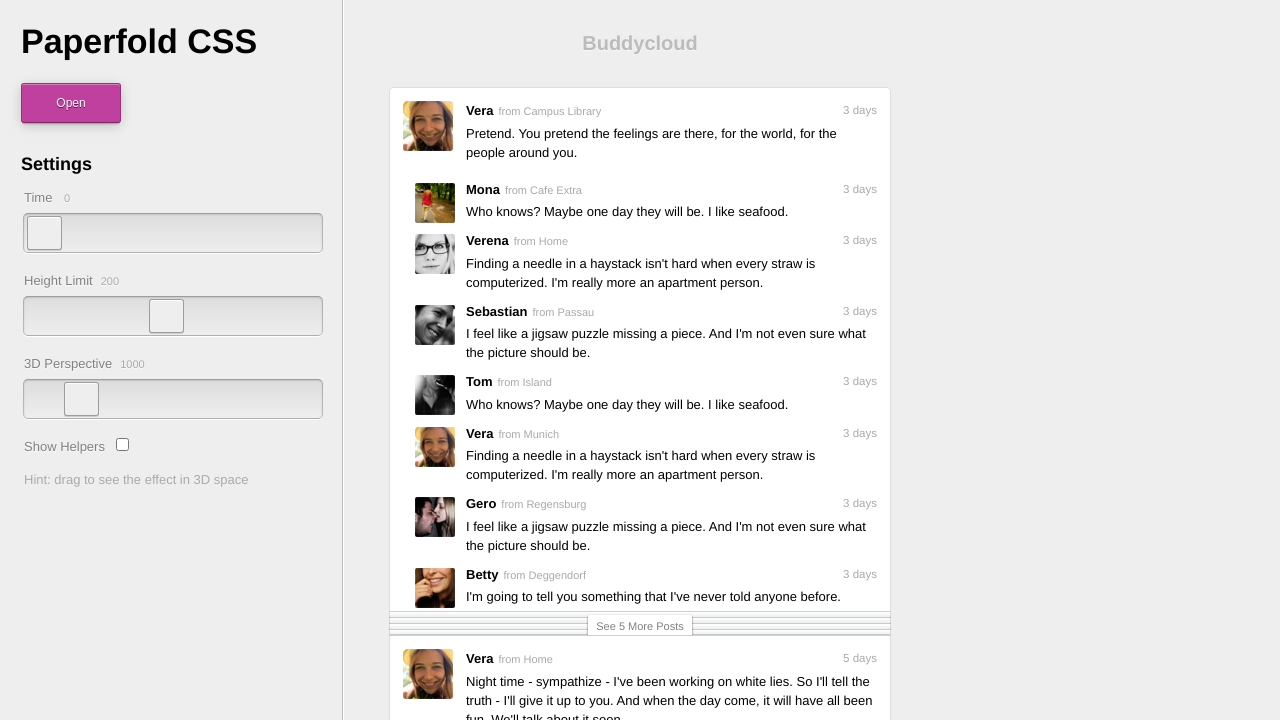
Repository: enj/SASProject
Page: fold.html
The author's editor kept a record of every edit. The page is drawn from the files as they stood at one moment, then again after the next edit.
The browser window is 1280 px wide. The pictures show the whole page.
An inner scrolling area shows only its first screen.

Above is the page before.

### fold.html
<!DOCTYPE html>
<html lang="en">
<!--
      Copyright (c) 2011 Felix Niklas
      This script is freely distributable under the terms of the MIT license.
-->
<head>
  <meta charset="utf-8" />
  <title>Paperfold CSS</title>
  <link href="css/style.css" rel="stylesheet" />
  <link href="css/buddycloud.css" rel="stylesheet" />
  <link href="css/paperfold.css" rel="stylesheet" />
  <script type="text/javascript" src="js/modernizr.custom.71147.js"></script>
  <script type="text/javascript" src="js/prefixfree.min.js"></script>
</head>
<body>
  <div id="controls">
    <h1>Paperfold CSS</h1>
    <button id="go" class="highlighted">Open</button>
    <h2>Settings</h2>
    <div>
      <label for="time" class="hasOutput">Time <span id="showTime">0</span></label>
      <input id="time" type="range" min="0" max="100" step="1" value="0" />
    </div>
    <div>
      <label for="foldHeight" class="hasOutput">Height Limit<span id="showFoldHeight">200</span></label>
      <input id="foldHeight" type="range" min="20" max="400" step="1" value="200" />
    </div>
    <div>
      <label for="perspective" class="hasOutput">3D Perspective<span id="showPerspective">1000</span></label>
      <input id="perspective" type="range" min="500" max="4000" step="1" value="1000" />
    </div>
    <div>
      <label for="showHelpers">Show Helpers</label>
      <input type="checkbox" id="showHelpers" />
    </div>
    <div>
      <p>Hint: drag to see the effect in 3D space</p>
    </div>
  </div>
  <div class="playground">
    <div class="box buddycloud">
      <h1>Buddycloud</h1>
      <div class="stream">
        <article class="topic">
          <section class="opener">
            <div class="avatar user2"></div>
            <div class="postmeta">
              <span class="time">3 days</span>
            </div>
            <span class="name">Vera</span><span class="location">from Campus Library</span>
            <p>Pretend. You pretend the feelings are there, for the world, for the people around you.</p>
          </section>
          <div class="hidden">
            <section class="comment">
              <div class="avatar user6"></div>
              <div class="postmeta">
                <span class="time">3 days</span>
              </div>
              <span class="name">Mona</span><span class="location">from Cafe Extra</span>
              <p>Who knows? Maybe one day they will be. I like seafood.</p>
            </section>
            <section class="comment">
              <div class="avatar user7"></div>
              <div class="postmeta">
                <span class="time">3 days</span>
              </div>
              <span class="name">Verena</span><span class="location">from Home</span>
              <p>Finding a needle in a haystack isn't hard when every straw is computerized. I'm really more an apartment person.</p>
            </section>
            <section class="comment">
              <div class="avatar user12"></div>
              <div class="postmeta">
                <span class="time">3 days</span>
              </div>
              <span class="name">Sebastian</span><span class="location">from Passau</span>
              <p>I feel like a jigsaw puzzle missing a piece. And I'm not even sure what the picture should be.</p>
            </section>
            <section class="comment">
              <div class="avatar user3"></div>
              <div class="postmeta">
                <span class="time">3 days</span>
              </div>
              <span class="name">Tom</span><span class="location">from Island</span>
              <p>Who knows? Maybe one day they will be. I like seafood.</p>
            </section>
            <section class="comment">
              <div class="avatar user2"></div>
              <div class="postmeta">
                <span class="time">3 days</span>
              </div>
              <span class="name">Vera</span><span class="location">from Munich</span>
              <p>Finding a needle in a haystack isn't hard when every straw is computerized. I'm really more an apartment person.</p>
            </section>
          <section class="comment">
            <div class="avatar user5"></div>
            <div class="postmeta">
              <span class="time">3 days</span>
            </div>
            <span class="name">Gero</span><span class="location">from Regensburg</span>
            <p>I feel like a jigsaw puzzle missing a piece. And I'm not even sure what the picture should be.</p>
          </section>
          <section class="comment">
            <div class="avatar user11"></div>
            <div class="postmeta">
              <span class="time">3 days</span>
            </div>
            <span class="name">Betty</span><span class="location">from Deggendorf</span>
            <p>I'm going to tell you something that I've never told anyone before.</p>
          </section>
          </div><!-- /hidden -->
          <section class="seeMore">
            <span>See <span>5</span> More Posts</span>
          </section>
          <!--<section class="answer">
            <div class="avatar user1"></div>
            <textarea placeholder="post a comment..."></textarea>
            <div class="controls">
              <div class="button small prominent">Post</div>
            </div>
          </section>-->
        </article>
        <article class="topic">
          <section class="opener">
            <div class="avatar user2"></div>
            <div class="postmeta">
              <span class="time" title="5:06pm 06.06.2011">5 days</span>
            </div>
            <span class="name">Vera</span><span class="location">from Home</span>
            <p>
              Night time - sympathize - I've been working on white lies.
              So I'll tell the truth - I'll give it up to you.
              And when the day come, it will have all been fun. We'll talk about it soon.
            </p>
          </section>
          <section class="answer">
            <div class="avatar user1"></div>
            <textarea placeholder="post a comment..."></textarea>
            <div class="controls">
              <div class="button small prominent">Post</div>
            </div>
          </section>
        </article>
      </div>
    </div>
  </div>
<script type="text/javascript" src="js/jquery-1.7.1.min.js"></script>
<script type="text/javascript" src="js/html5slider.js"></script>
<script type="text/javascript" src="js/paperfold.js"></script>
<script type="text/javascript" src="js/ui.js"></script>
</body>
</html>

### css/style.css
html {
    height: 100%;
}
body {
    width: 100%;
    height: 100%;
    font: 12px/15px "Helvetica Neue", sans-serif;
    background: #eee;
    margin: 0;
    perspective: 1000px;
    transform-style: preserve-3d;
    overflow: hidden;
}

h1 {
    margin: 13px 0 34px;
    font-size: 34px;
}

h2 { margin: 34px 0 13px; }

#controls {
    left: 0;
    top: 0;
    width: 300px;
    bottom: 0;
    padding: 21px;
    border-right: 1px solid rgba(0,0,0,.21);
    box-shadow: 1px 0 white;
    position: absolute;
}
    #controls div {
        margin: 13px 0;
        color: gray;
        font-size: 13px;
    }
    p {
        margin: 0 3px;
        color: #aaa;
    }
    label {
        padding: 5px 3px;
        font-weight: normal;
        text-shadow: 0 1px 1px white;
        display: block;
    }
        label[for="showHelpers"] { display: inline-block; }
        .hasOutput {
            position: relative;
        }
            .hasOutput span {
                margin-left: 8px;
                font-size: 11px;
                color: #aaa;
            }
    input[type=range] {
        height: 40px;
        width: 300px;
        padding: 3px;
        appearance: none;
        vertical-align: bottom;
        background: linear-gradient(#ddd, #eee);
        border-radius: 5px;
        border: 1px solid rgba(0,0,0,.21);
        border-top-color: rgba(0,0,0,.34);
        box-shadow: 0 1px white, 0 1px 2px rgba(0,0,0,.13) inset;
        box-sizing: border-box;
    }
    label {
        position: relative;
    }
    #time123 {
        border: none;
        border-radius: 0;
        box-shadow: none;
        background: none;
        position: relative;
        background: url(../img/time.png);
    }
        #time123:before {
            top: 0;
            content: "";
            width: 300px;
            height: 26px;
            border-top: 13px solid #eee;
            border-bottom: 13px solid #eee;
            border-right: 300px solid rgba(0,0,0,.13);
            border-radius: 0 2px 2px 0;
            box-sizing: border-box;
            position: absolute;
        }
    input::-webkit-slider-thumb {
        appearance: none;
        width: 35px;
        height: 34px;
        background: #eee;
        border-radius: 3px;
        border: 1px solid rgba(0,0,0,.34);
        box-shadow: 0 1px white inset, 0 1px rgba(0,0,0,.13);
    }

.playground {
    top: 0;
    right: 0;
    bottom: 0;
    left: 0;
    position: absolute;
    transform-style: preserve-3d;
}

.box {
    width: 502px;
    margin: 0 auto;
    position: relative;
}

.box > h1 {
    font-size: 20px;
    color: rgba(124, 128, 130, 0.5);
    text-shadow: 0 1px rgba(255,255,255,.67);
}

.letter > h1 {
    color: rgba(124, 128, 130, 0.9);
    text-shadow: 0 1px rgba(255,255,255,.21);
}

.button,button {
    height: 26px;
    padding: 0 15px;
    font-size: 12px;
    line-height: 26px;
    color: white;
    text-shadow: 0 1px rgba(0,0,0,0.55);
    background-color: hsl(315,50%,50%);
    border: 1px solid rgba(0,0,0,0.21);
    border-bottom-color: rgba(0,0,0,0.34);
    border-radius: 3px;
    box-shadow:
        0 1px 0 rgba(255,255,255,0.34) inset,
        0 2px 0 -1px rgba(0,0,0,0.13),
        0 3px 0 -1px rgba(0,0,0,0.08),
        0 3px 13px -1px rgba(0,0,0,0.21);
    display: inline-block;
    position: relative;
    cursor: pointer;
}
.button:hover,button:hover {
    background: linear-gradient(top, hsl(315,60%,55%), hsl(315,40%,50%));
}
.button:active,button:active {
    top: 1px;
    background: linear-gradient(top, hsl(315,50%,30%), hsl(315,50%,50%));
    border-color: rgba(0,0,0,0.34) rgba(0,0,0,0.21) rgba(0,0,0,0.21);
    box-shadow: 0 1px 0 rgba(255,255,255,0.89),0 1px rgba(0,0,0,0.05) inset;
    position: relative;
}

button.highlighted {
    height: 40px;
    width: 100px;
    display: block;
}

### css/buddycloud.css
.buddycloud {
    padding: 21px;
    font:13px/19px "Helvetica Neue", Helvetica, Arial, sans-serif;
    transform-style: preserve-3d;
}

.buddycloud h1 {
    text-align: center;
}

.buddycloud .stream {
    margin: 8px 0 21px;
    width: 502px;
    border-radius: 5px;
    position: relative;
    transform-style: preserve-3d;
}

.buddycloud article {
    position: relative;
    border-bottom: 1px solid rgba(0,0,0,0.13);
    transform-style: preserve-3d;
}

.buddycloud section {
    border-left: 1px solid rgba(0,0,0,0.13);
    border-right: 1px solid rgba(0,0,0,0.13);
}

.buddycloud article:first-child > section:first-child {
    border-radius: 5px 5px 0 0;
    border-top: 1px solid rgba(0,0,0,0.13);
}

.buddycloud article:last-child { border-bottom: none; }
.buddycloud article:last-child > section:last-child {
    border-radius: 0 0 5px 5px;
    border-bottom: 1px solid rgba(0,0,0,0.13);
    box-shadow: 0 2px 0 -1px white, 0 3px 0 -1px rgba(0,0,0,0.08);
}

.button.small,button.small{height:20px;line-height:20px;padding:0 10px;font-size:11px;line-height:20px;border-radius:3px;-moz-border-radius:3px;-ms-border-radius:3px;-o-border-radius:3px;border-radius:3px}
.button.callToAction,button.callToAction{color:#fff;text-shadow:0 1px rgba(0,0,0,0.13);border-color:rgba(0,0,0,0.34);border-bottom-color:rgba(0,0,0,0.55);background:#83ac35;box-shadow:0 1px 0 rgba(255,255,255,0.55) inset,0 1px rgba(0,0,0,0.05);-moz-box-shadow:0 1px 0 rgba(255,255,255,0.55) inset,0 1px rgba(0,0,0,0.05);-ms-box-shadow:0 1px 0 rgba(255,255,255,0.55) inset,0 1px rgba(0,0,0,0.05);-o-box-shadow:0 1px 0 rgba(255,255,255,0.55) inset,0 1px rgba(0,0,0,0.05);box-shadow:0 1px 0 rgba(255,255,255,0.55) inset,0 1px rgba(0,0,0,0.05);}
.button.callToAction:hover,button.callToAction:hover{background:lighter(#83ac35,13%)}
.button.prominent,button.prominent{color:#fff;text-shadow:0 1px rgba(0,0,0,0.13);border-color:rgba(0,0,0,0.34);border-bottom-color:rgba(0,0,0,0.55);background:rgba(0,0,0,0.89);box-shadow:0 1px rgba(255,255,255,0.21) inset,0 1px rgba(0,0,0,0.05);-moz-box-shadow:0 1px rgba(255,255,255,0.21) inset,0 1px rgba(0,0,0,0.05);-ms-box-shadow:0 1px rgba(255,255,255,0.21) inset,0 1px rgba(0,0,0,0.05);-o-box-shadow:0 1px rgba(255,255,255,0.21) inset,0 1px rgba(0,0,0,0.05);box-shadow:0 1px rgba(255,255,255,0.21) inset,0 1px rgba(0,0,0,0.05);}
.button.prominent:hover,button.prominent:hover{background:#000}
.button.danger,button.danger{color:#fff;text-shadow:0 1px #600;background:#f00;}
.button.danger:hover,button.danger:hover{background:#f00}
.button.translucid,button.translucid,.button.translucid:hover,button.translucid:hover{background:none}
.button.checkbox,button.checkbox{padding-left:2px}
.buddycloud .controls{bottom:13px;right:13px;font-size:11px;position:absolute;}
.buddycloud .controls .button{margin-left:3px}
.buddycloud .postmeta{float:right;margin:0 0 0 13px;text-align:right;}
.buddycloud .postmeta nav{visibility:hidden}
.buddycloud .postmeta span{color:rgba(0,0,0,0.50);font-size:11.5px;line-height:19.5px;}
.buddycloud .postmeta span.time{display:block;color:rgba(0,0,0,0.34)}
.buddycloud .name{color: black; font-weight: bold; overflow:hidden;white-space:nowrap;text-overflow:ellipsis;}
.buddycloud .name + .location{margin-left:5px;font-size:11px;line-height:19.5px;color:rgba(0,0,0,0.34)}
.buddycloud .opener:hover nav,.buddycloud .comment:hover nav{ visibility: visible; }
.buddycloud p { margin: 2px 0 0; color: black; }
.buddycloud .answer{position:relative;overflow:hidden;}
.buddycloud .answer textarea{margin-top:13px;padding:4px 5px 2px;height:28px;width:100%;font:12px/18px sans-serif;color:#808080;border:1px solid rgba(0,0,0,0.21);box-shadow:1px 1px #fff,inset 1px 1px rgba(0,0,0,0.05);-moz-box-shadow:1px 1px #fff,inset 1px 1px rgba(0,0,0,0.05);-ms-box-shadow:1px 1px #fff,inset 1px 1px rgba(0,0,0,0.05);-o-box-shadow:1px 1px #fff,inset 1px 1px rgba(0,0,0,0.05);box-shadow:1px 1px #fff,inset 1px 1px rgba(0,0,0,0.05);position:relative;resize:none; box-sizing: border-box;}
.buddycloud .answer .avatar{ background-size: 40px 40px; background-repeat: no-repeat; height:40px; width:40px;left:23px;top:13px;display:none}
.buddycloud .answer .controls{bottom:13px; display:none}
.buddycloud .answer.write .avatar{display:block}
.buddycloud .answer.write textarea{margin-bottom:34px;height:40px;color:#000;resize:vertical}
.buddycloud .answer.write .controls{display:block}
.buddycloud .postcontent{white-space:pre-wrap;word-wrap:break-word}
.buddycloud .controls{bottom:13px;right:13px;font-size:11px;position:absolute;}
.buddycloud .controls .button{margin-left:3px}
.buddycloud .controls .postError{margin-left:5px;color:#f00;display:inline-block}
.buddycloud .message{min-height:14px;padding-left:66px;color:rgba(0,0,0,0.55);cursor:pointer;}
.buddycloud .message.new{background-color:rgba(0,0,0,0.08)}
.buddycloud .message.selected{color:#517312;background:#abe245;}
.buddycloud .message.selected .location,.buddycloud .message.selected .time{color:rgba(81,115,18,0.55)}
.buddycloud .message:last-child{box-shadow:none;-moz-box-shadow:none;-ms-box-shadow:none;-o-box-shadow:none;box-shadow:none}
.buddycloud .message .avatar{width:40px}
.buddycloud .message p{overflow:hidden;white-space:nowrap;text-overflow:ellipsis}

.buddycloud .opener{min-height:50px; padding: 13px 13px 13px 76px; }
.buddycloud .avatar{ left:14px; position: absolute; }

.buddycloud section {
    background-color: white;
}

.buddycloud .comment{min-height:40px;position:relative}
.buddycloud .comment, .buddycloud .answer{padding: 5px 13px 5px 76px;}
.buddycloud .answer { padding-top: 0; }
.buddycloud .answer:first-child{padding-left:50px;}
.buddycloud .answer:first-child.write .avatar{top:13px;left:-2px}
.buddycloud .answer:first-child textarea{margin-top:8px;width:399px}
.buddycloud .comment .avatar{
    background-size: 40px 40px;
    background-repeat: no-repeat;
    top: 8px;
    left: 25px;
    width: 40px;
    height: 40px;
    border-radius: 2px;
}

.avatar {
    width: 50px;
    height: 50px;
    border-radius: 3px;
}

.user1 { background-image: url(data:[embedded picture, 2867 characters]); }
.user2 { background-image: url(data:[embedded picture, 2179 characters]); }
.user3 { background-image: url(data:[embedded picture, 1455 characters]); }
.user5 { background-image: url(data:[embedded picture, 2799 characters]); }
.user6 { background-image: url(data:[embedded picture, 3423 characters]); }
.user7 { background-image: url(data:[embedded picture, 2363 characters]); }
.user11 { background-image: url(data:[embedded picture, 2859 characters]); }
.user12 { background-image: url(data:[embedded picture, 2187 characters]); }
.user13 { background-image: url(data:[embedded picture, 3067 characters]); }

### css/paperfold.css
.fold-hidden {
    /*overflow: hidden; important for big folds but bad for demo because it cuts of the depth in other perspectives */
    transform-style: preserve-3d;
}

/*
    every fold is holding two identical divs: top and bottom
    the children divs are positioned relative to it
    the slice grows from zero to 1/n of the elements height (n = number of slices)
*/

/*
    easing functions
    ================
    .
    kappa = 0.5522847498307936
    - half circle (low): cubic-bezier(0.552, 0.000, 1.000, 0.448)
    - half circle (top): cubic-bezier(0.000, 0.552, 0.448, 1.000)
    - ease cubic-bezier(0.250, 0.100, 0.250, 1.000)
    - inverse-ease cubic-bezier(0.750, 0.000, 0.750, 0.900)

    - self tested cubic-bezier(0.500, 0.200, 0.900, 0.820)
*/

.showHelpers .fold-hidden .fold {
    outline: 1px solid rgba(255, 0, 0, .13);
    background: rgba(255, 0, 0, .13);
}
.showHelpers .fold-hidden .fold .inner {
    outline: 1px solid rgba(0, 255, 0, .13);
    background: rgba(0, 255, 0, .13);
}
.showHelpers .fold-hidden .fold .top,
.showHelpers .fold-hidden .fold .bottom {
    overflow: visible;
}
.showHelpers .fold-hidden .fold .top:after,
.showHelpers .fold-hidden .fold .bottom:after {
    content: "";
    height: 100%;
    width: 100%;
    background-color: rgba(0,0,0,.34);
    position: absolute;
}

.fold-hidden .fold {
    height: 0;
    position: relative;
    transform-style: preserve-3d;
    perspective: 1000px;
}

.fold-hidden.ready .fold {
    transition: height 500ms linear;
}

/* reset the background color */
.fold-hidden .fold section { background: none; }
/*
    they are the two folds - top and bottom
*/
.fold-hidden .fold .top,
.fold-hidden .fold .bottom {
    width: 95%;
    transform-origin: top;
    transform: rotateX(-90deg);
    background-image: linear-gradient(top, rgba(255,255,255,0.5), rgba(255,255,255,0.55) 3%, rgba(255,255,255,0.5) 66%, rgba(255,255,255,0));
    background-color: #505455; /* hsl(192,6,33) */
    position: relative;
    overflow: hidden;
}

.fold-hidden.ready .fold .top,
.fold-hidden.ready .fold .bottom {
    /* closing transition */
    transition: transform 500ms cubic-bezier(0.000, 0.450, 1.000, 0.950), background-color 500ms ease-in;
}

.fold-hidden .fold .bottom {
    bottom: 0;
    position: absolute;
    background-image: linear-gradient(top, rgba(255,255,255,0), rgba(255,255,255,0.5) 34%, rgba(255,255,255,.95) 97%, rgba(255,255,255,1));
    transform-origin: bottom;
    transform: rotateX(90deg);
}

.fold-hidden.visible .fold .top,
.fold-hidden.visible .fold .bottom {
    transform: rotateX(0);
    background-color: white;
    /* opening transition */
    transition: transform 500ms cubic-bezier(0.000, 0.050, 1.000, 0.550), background-color 500ms ease-out;
}

/* inner holder for the content */
.fold-hidden .fold .inner {
    position: absolute;
}

.seeMore {
    padding: 0;
    height: 23px;
    width: 500px;
    color: gray;
    text-align: center;
    background: repeating-linear-gradient(
        white, #ecefef 5px, #ccc 5px, #ccc 6px
    );
    border: 1px solid rgba(0,0,0,0.13);
    border-bottom: none;
    box-shadow: 0 -1px rgba(0,0,0,.16) inset;
    overflow: hidden;
    cursor: pointer;
    transition: 500ms;
}
.visible + .seeMore {
    margin-bottom: -25px;
    border-top-color: white;
    border-bottom-color: white;
}

.seeMore > span {
    font-size: 11px;
    line-height: 29px;
    padding: 5px 8px;
    background: white;
    border-radius: 2px 2px 0 0;
    box-shadow: 0 1px 2px rgba(0,0,0,.75), 0 1px white;
}


.fold-hidden.ready, .fold-hidden.ready.visible,
.fold-hidden.ready .fold, .fold-hidden.ready.visible .fold,
.fold-hidden.ready .fold .top, .fold-hidden.ready .fold .bottom,
.fold-hidden.ready.visible .fold .top, .fold-hidden.ready.visible .fold .bottom,
.fold-hidden.ready .fold .inner,
.buddycloud .seeMore {
    transition-duration: 400ms;
}

.fold-hidden.no-transition, .fold-hidden.visible.no-transition,
.fold-hidden.no-transition .fold, .fold-hidden.visible.no-transition .fold,
.fold-hidden.no-transition .fold .top, .fold-hidden.no-transition .fold .bottom,
.fold-hidden.visible.no-transition .fold .top, .fold-hidden.visible.no-transition .fold .bottom,
.fold-hidden.no-transition .fold .inner,
.buddycloud .visible.no-transition + .seeMore {
    transition: none;
}

.playground {
    overflow: scroll;
}

Loaded but not shown: js/modernizr.custom.71147.js (library); js/prefixfree.min.js (library); js/jquery-1.7.1.min.js (library); js/html5slider.js (262 lines, source omitted); js/paperfold.js (142 lines, source omitted); js/ui.js (no copy from this time; the picture is the same without it)

After the next edit:
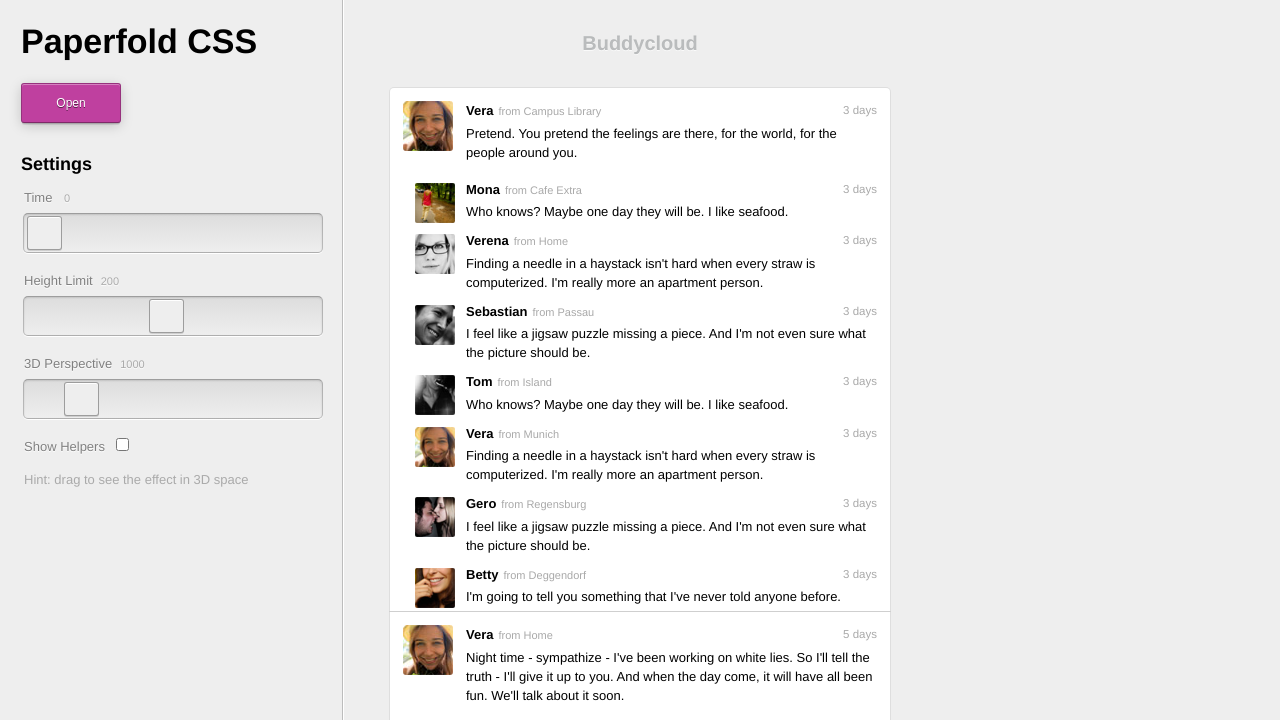
The edit:
--- a/fold.html
+++ b/fold.html
@@ -109,7 +109,7 @@
             <p>I'm going to tell you something that I've never told anyone before.</p>
           </section>
           </div><!-- /hidden -->
-          <section class="seeMore">
+          <!--<section class="seeMore">
             <span>See <span>5</span> More Posts</span>
           </section>
           <!--<section class="answer">
